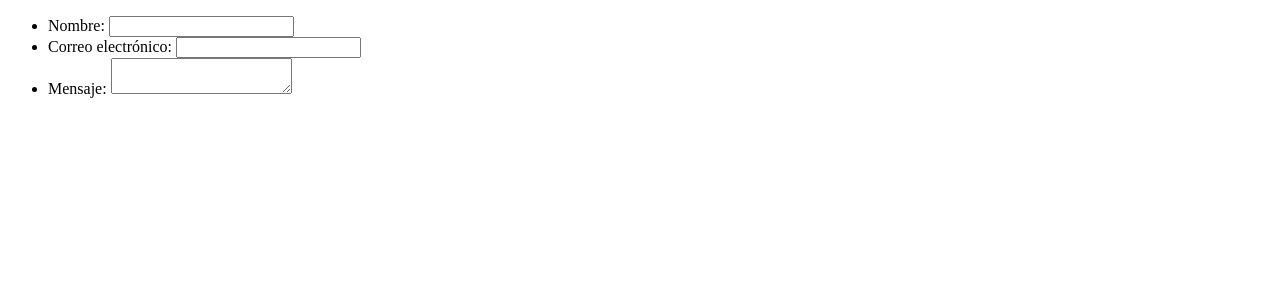
Repository: scgil/master-java
Page: Semana2/01-Ejemplitos/src/main/webapp/formulario.html
The author's editor kept a copy of each file at every save. The page is drawn from the files as they stood at one save, then again after the next save.
The browser window is 1280 px wide. The pictures show the whole page.

Above is the page before, as saved 2024-12-12 16:36:20.

After the next save:
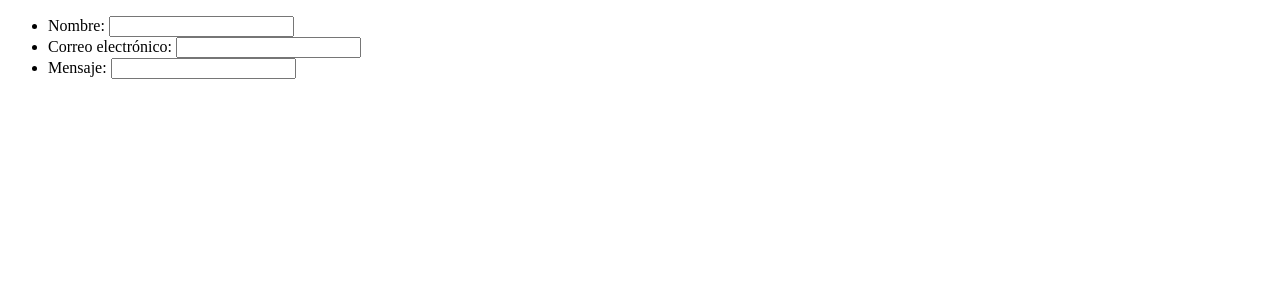
Saved 7 min 13 s later.
--- a/Semana2/01-Ejemplitos/src/main/webapp/formulario.html
+++ b/Semana2/01-Ejemplitos/src/main/webapp/formulario.html
@@ -9,16 +9,16 @@
 <form action="/my-handling-form-page" method="post">
   <ul>
     <li>
-      <label for="name">Nombre:</label>
-      <input type="text" id="name" name="user_name" />
+      <label for="nombre">Nombre:</label>
+      <input type="text" id="nombre" name="nusuario_nombre" />
     </li>
     <li>
-      <label for="mail">Correo electrónico:</label>
-      <input type="email" id="mail" name="user_mail" />
+      <label for="email">Correo electrónico:</label>
+      <input type="email" id="email" name="usuario_email" />
     </li>
     <li>
-      <label for="msg">Mensaje:</label>
-      <textarea id="msg" name="user_message"></textarea>
+      <label for="mensaje">Mensaje:</label>
+      <input type=text" id="mensaje" name="usuario_texto"></>
     </li>
  </ul>
 </form>
